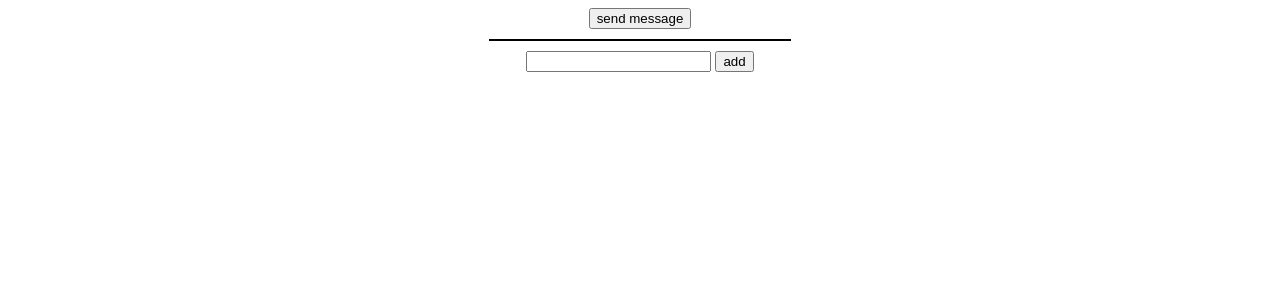
Repository: ycdtc/movie
Page: aaa/WebContent/finance.html
An editor plug-in stored every save of this project. The page is shown before and after the next save, followed by the edit.
The browser window is 1280 px wide. The pictures show the whole page.

Above is the page before, as saved 2017-07-20 09:10:51.
Console error: ReferenceError: ActiveXObject is not defined

After the next save:
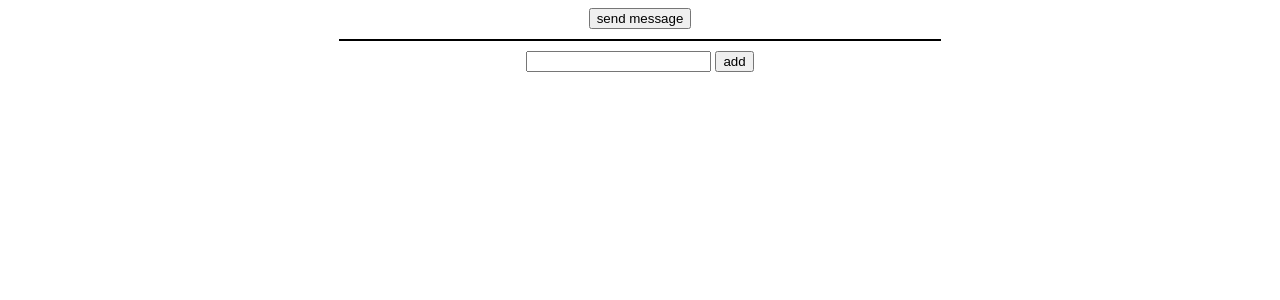
Saved 61 s later.
--- a/aaa/WebContent/stylesheet/finance.css
+++ b/aaa/WebContent/stylesheet/finance.css
@@ -1,9 +1,10 @@
 @CHARSET "UTF-8";
-a{color:blue;font-size:30px;text-decoration:underline;margin-left:30px;cursor:pointer}
+a{color:blue;text-decoration:underline;margin-left:30px;cursor:pointer}
 a:hover{color:green;}
 #list{
-	width:300px;
+	width:600px;
 	text-align:left;
 	border:1px solid black;
 	margin:10px auto;
+	font-size:20px;
 }
